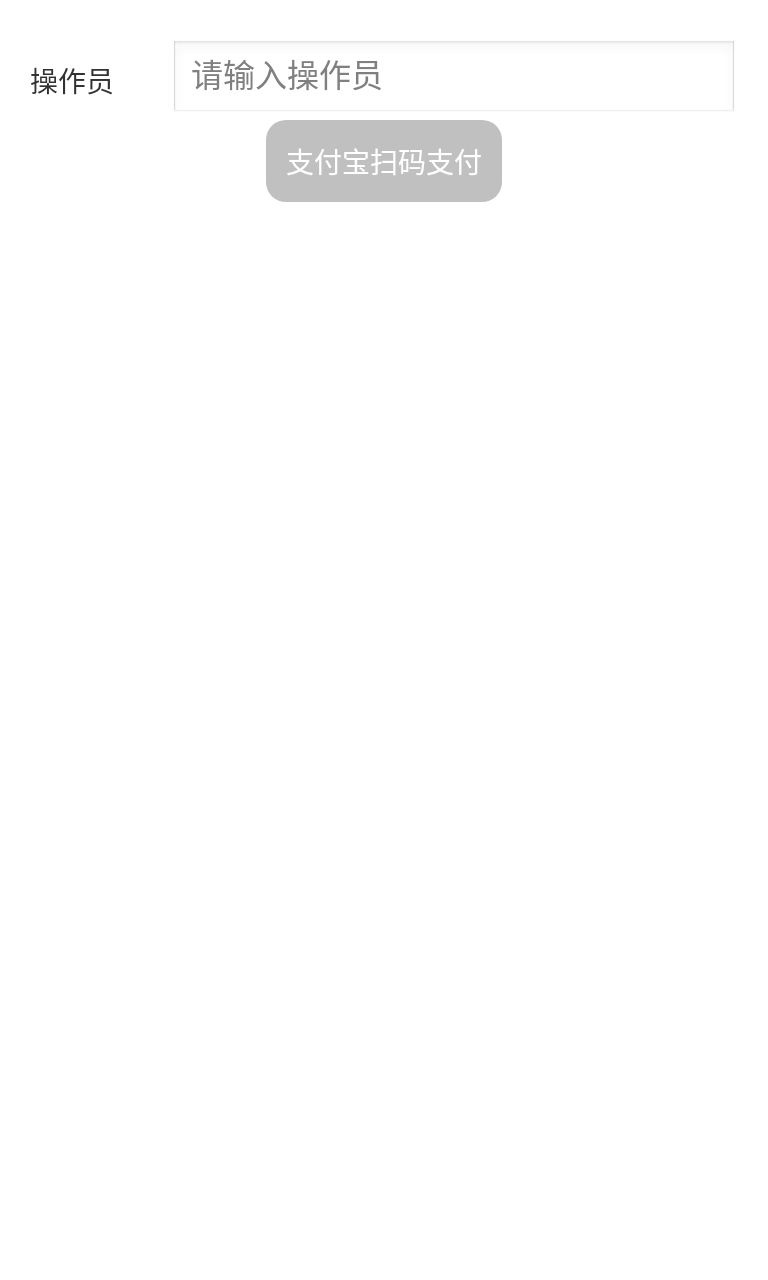
Repository: blanks1314/sysnc_android
Layout: UpayDemo/res/layout/fragment_alipay.xml
These files come from the project's save history. The layout is drawn as it stood at one moment and after the next save; the edit follows.
It is drawn on a 768 x 1280 px phone screen (xhdpi) without system bars, with theme AppTheme; the app's code is not run.

Above is the layout before, as saved 2015-04-28 06:35:10.

### UpayDemo/res/layout/fragment_alipay.xml
<?xml version="1.0" encoding="utf-8"?>
<LinearLayout xmlns:android="http://schemas.android.com/apk/res/android"
    android:layout_width="match_parent"
    android:layout_height="match_parent"
    android:orientation="vertical"
    android:gravity="center_horizontal"
    android:padding="10dp">

     <LinearLayout style="@style/linear_style_1" >

        <TextView
            android:layout_width="70dp"
            android:layout_height="wrap_content"
            android:text="@string/operator" />

        <EditText
            android:id="@+id/tv_qrcode"
            style="@style/edit_style_1"
            android:hint="@string/input_operator" />
    </LinearLayout>

    <Button
        android:id="@+id/btn_pay"
        style="@style/btn_style_1"
        android:text="支付宝扫码支付" />

</LinearLayout>

### UpayDemo/res/values/styles.xml
<resources xmlns:android="http://schemas.android.com/apk/res/android">

    <!--
        Base application theme, dependent on API level. This theme is replaced
        by AppBaseTheme from res/values-vXX/styles.xml on newer devices.




    -->
    <style name="AppBaseTheme" parent="Theme.AppCompat.Light">
        <!--
            Theme customizations available in newer API levels can go in
            res/values-vXX/styles.xml, while customizations related to
            backward-compatibility can go here.




        -->
    </style>

    <!-- Application theme. -->
   <!--  <style name="AppTheme" parent="AppBaseTheme">
        All customizations that are NOT specific to a particular API-level can go here.
    </style> -->

    <style name="AppTheme" parent="Theme.AppCompat.Light">
        <item name="tabView">@style/TabView</item>
        <item name="tabPageIndicator">@style/TabIndicator</item>
    </style>

    <style name="TabIndicator" />

    <style name="TabView">
        <item name="android:addStatesFromChildren">true</item>
        <item name="android:orientation">vertical</item>
        <item name="android:gravity">bottom|center_horizontal</item>
        <item name="android:layout_width">0dp</item>
        <item name="android:background">@android:color/white</item>
        <item name="android:layout_height">match_parent</item>
    </style>

    <style name="text_style_1">
        <item name="android:textSize">16sp</item>
        <item name="android:layout_width">0dp</item>
        <item name="android:layout_weight">1</item>
        <item name="android:layout_height">fill_parent</item>
        <item name="android:gravity">center_vertical</item>
        <item name="android:ellipsize">marquee</item>
        <item name="android:singleLine">true</item>
    </style>
    <style name="edit_style_1">
        <item name="android:textSize">16sp</item>
        <item name="android:layout_width">0dp</item>
        <item name="android:layout_weight">1</item>
        <item name="android:layout_height">fill_parent</item>
        <item name="android:gravity">center_vertical</item>
    </style>

    <style name="spn_style_1">
        <item name="android:textSize">10sp</item>
        <item name="android:layout_width">wrap_content</item>
        <item name="android:layout_height">fill_parent</item>
    </style>

    <style name="linear_style_1">
        <item name="android:layout_width">match_parent</item>
        <item name="android:gravity">center_vertical</item>
        <item name="android:layout_height">40dp</item>
        <item name="android:orientation">horizontal</item>
        <item name="android:layout_marginLeft">5dp</item>
        <item name="android:layout_marginRight">5dp</item>
        <item name="android:layout_marginTop">10dp</item>
    </style>

    <style name="img_btn_1">
        <item name="android:layout_width">wrap_content</item>
        <item name="android:layout_height">wrap_content</item>
        <item name="android:padding">10dp</item>

    </style>


    <style name="btn_style_1">
        <item name="android:layout_width">wrap_content</item>
        <item name="android:layout_height">wrap_content</item>
        <item name="android:background">@drawable/btn_selecter</item>
        <item name="android:textColor">@color/white</item>

    </style>

</resources>

### UpayDemo/res/values/attrs.xml
<?xml version="1.0" encoding="utf-8"?>
<resources>
    <declare-styleable name="TabView">
        <attr name="tabPageIndicator" format="reference" />
        <attr name="tabView" format="reference" />
    </declare-styleable>

    <string-array name="currTypes">
        <item >RMB(156)</item>
    </string-array>
</resources>

### UpayDemo/res/values/strings.xml
<?xml version="1.0" encoding="utf-8"?>
<resources>

    <string name="app_name">UpayDemo</string>
    <string name="hello_world">Hello world!</string>
    <string name="storeid_">StoreId：</string>
    <string name="_03322111001200200000024">03322111001200200000024</string>
    <string name="appid_">AppId：</string>
    <string name="_1001200200000024">1001200200000024</string>
    <string name="appkey_">AppKey：</string>
    <string name="dc1277093df84ff23b885cc776deca13">dc1277093df84ff23b885cc776deca13</string>
    <string name="_orderid">订单号</string>
    <string name="input_orderid">请输入订单号(非必输)</string>
    <string name="amount">交易金额</string>
    <string name="input_amount">请输入交易金额(单位:分)</string>
    <string name="subject">商品名称</string>
    <string name="input_subject">喔噻体验商品</string>
    <string name="currtype">货币类型</string>
    <string name="operator">操作员</string>
    <string name="input_operator">请输入操作员</string>
    <string name="remark">交易描述</string>
    <string name="input_remark">请输入交易描述</string>

</resources>

### UpayDemo/res/drawable/btn_selecter.xml
<?xml version="1.0" encoding="utf-8"?>
<selector xmlns:android="http://schemas.android.com/apk/res/android">

    <item android:state_pressed="true"><shape android:shape="rectangle">

            <!-- 填充的颜色 -->
            <solid android:color="@color/btn_selecter_2" />
            <!-- 设置按钮的四个角为弧形 -->
            <!-- android:radius 弧形的半径 -->
            <corners android:radius="10dip" />

            <!-- padding：Button里面的文字与Button边界的间隔 -->
            <padding android:bottom="10dp" android:left="10dp" android:right="10dp" android:top="10dp" />
        </shape></item>
         <item android:state_selected="false"><shape android:shape="rectangle">

            <!-- 填充的颜色 -->
            <solid android:color="@color/btn_selecter_1" />
            <!-- 设置按钮的四个角为弧形 -->
            <!-- android:radius 弧形的半径 -->
            <corners android:radius="10dip" />

            <!-- padding：Button里面的文字与Button边界的间隔 -->
            <padding android:bottom="10dp" android:left="10dp" android:right="10dp" android:top="10dp" />
        </shape></item>

</selector>

### UpayDemo/res/values/color.xml
<?xml version="1.0" encoding="utf-8"?>
<resources>

    <color name="white">#FFFFFF</color>
    <color name="tab_text_normal">#696969</color>
    <color name="tab_text_selected">#73bf40</color>
    <color name="btn_selecter_1">#C0C0C0</color>
    <color name="btn_selecter_2">#FFA500</color>

</resources>

Loaded but not shown: UpayDemo/res/values-v11/styles.xml (common file); UpayDemo/res/values-v14/styles.xml (common file); UpayDemo/res/values/values.xml (657 lines, source omitted)

After the next save:
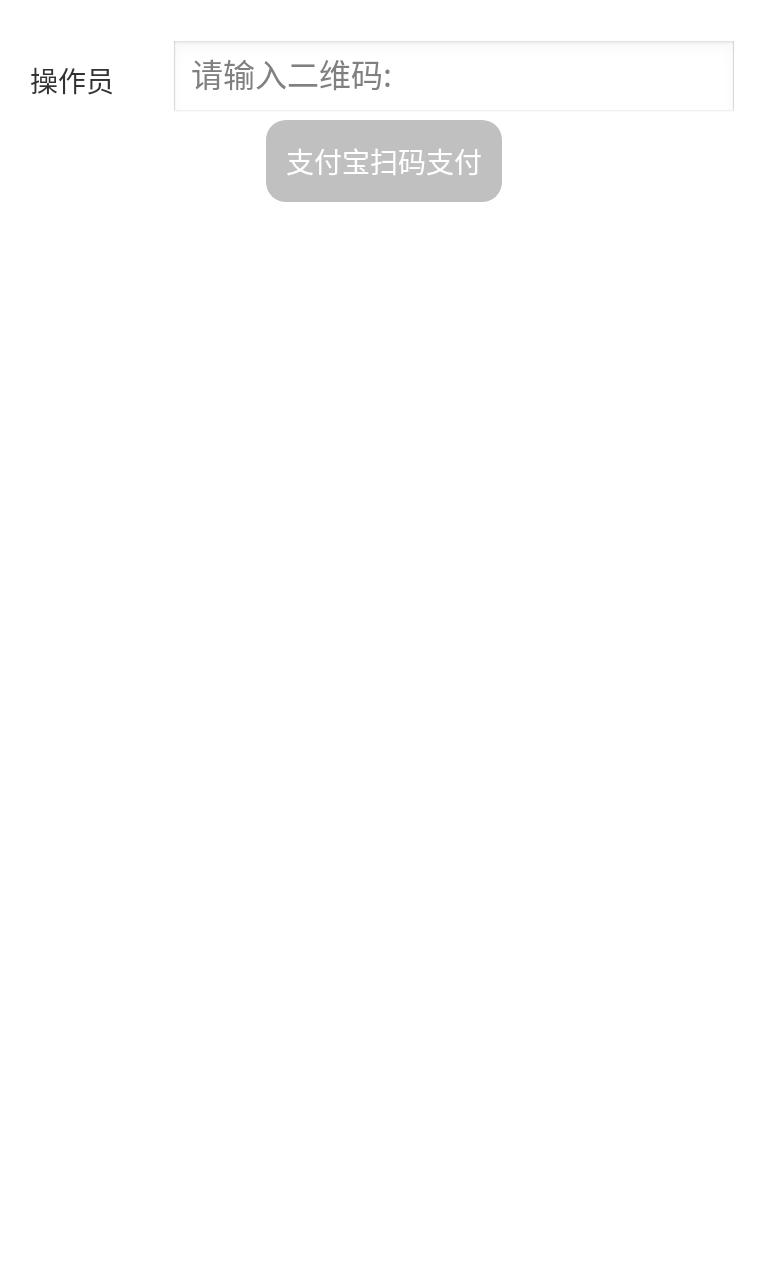
Saved 12 s later.
--- a/UpayDemo/res/layout/fragment_alipay.xml
+++ b/UpayDemo/res/layout/fragment_alipay.xml
@@ -16,7 +16,7 @@
         <EditText
             android:id="@+id/tv_qrcode"
             style="@style/edit_style_1"
-            android:hint="@string/input_operator" />
+            android:hint="请输入二维码:" />
     </LinearLayout>
 
     <Button
